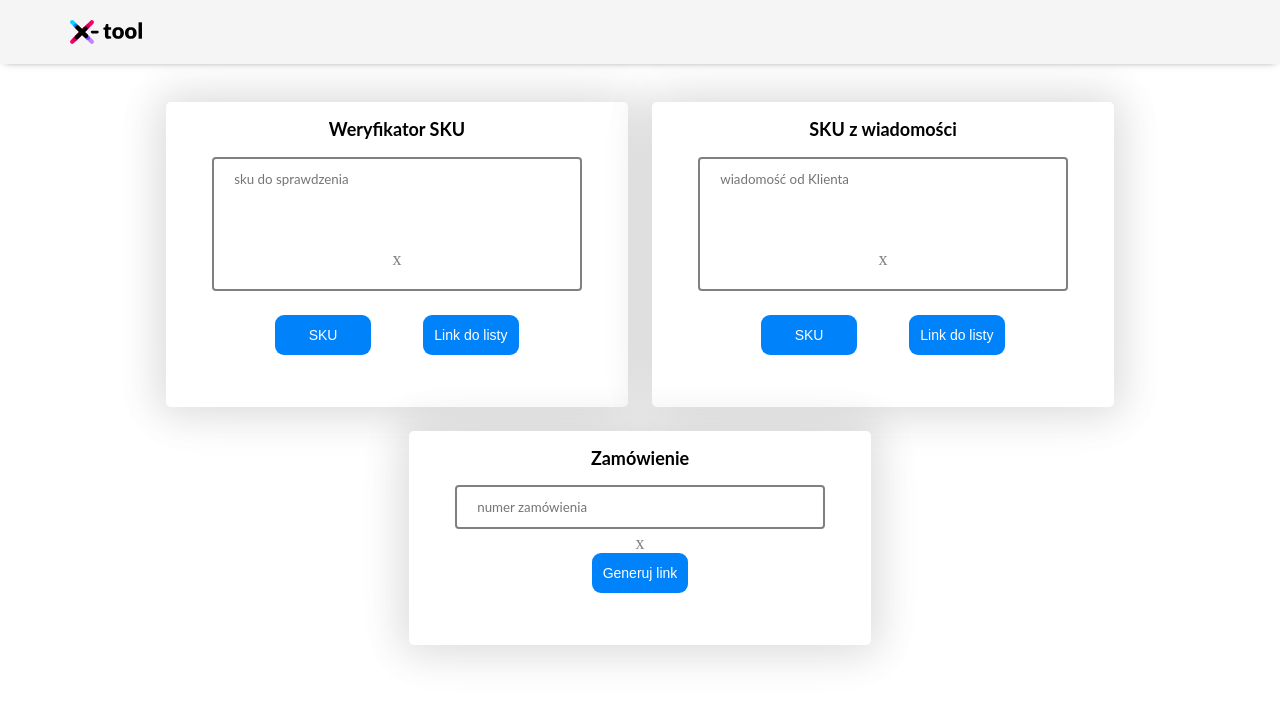
Repository: enowuigrek/Generator-SKU
Page: index.html
An editor plug-in stored every save of this project. The page is shown before and after a run of saves, followed by the edit.
The browser window is 1280 px wide. The pictures show the whole page.
Some web fonts or font styles are not loaded; a fallback is used. The style sheet was rebuilt from its Sass, Less or Tailwind sources for each picture, by a compiler version that may differ from the author's.

Above is the page before, as saved 2023-01-29 15:30:52.
Console error: SyntaxError: Unexpected identifier 'P0'

### index.html
<!DOCTYPE html>
<html lang="pl">

  <head>
    <meta charset="UTF-8" />
    <meta http-equiv="X-UA-Compatible" content="IE=edge" />
    <meta name="viewport" content="width=device-width, initial-scale=1.0" />

    <title>x-tool</title>

    <link rel="shortcut icon" href="images/favicon.ico" />
    <link rel="stylesheet" href="css/style.css" />
    <link href="https://unpkg.com/boxicons@2.1.2/css/boxicons.min.css" rel="stylesheet">
    <link href="https://fonts.googleapis.com/css2?family=Lato&display=swap"
    />
    <link href="https://fonts.googleapis.com/css2?family=Gruppo&display=swap" rel="stylesheet">
  </head>

  <body>
    <div class="container">
      <header>
        <img src="images/logo.svg" alt="logo"/>
      </header>
      <main>
        <div class="tools">
          <div class="tool">
            <button class="clear">x</button>
            <h1>Weryfikator SKU</h1>
            <textarea
              id="input_sku"
              placeholder="sku do sprawdzenia"
            ></textarea>
            <div>
              <button id="sku_list_button">
                SKU
              </button>
              <button id="sku_link_button">
                Link do listy
              </button>
            </div>
            <p class="sku_from_input"></p>
          </div>
          <div class="tool">
            <button class="clear">x</button>
            <h1>SKU z wiadomości</h1>
            <textarea
              id="input_links"
              placeholder="wiadomość od Klienta"
            ></textarea>
            <div>
              <button id="sku_list_from_message_button">
                SKU
              </button>
              <button id="sku_link_from_message_button">
                Link do listy
              </button>
            </div>
            <p class="sku_from_message"></p>
          </div>
          <div class="tool">
            <button class="clear">x</button>
            <h1>Zamówienie</h1>
            <input
              id="input_order_number"
              placeholder="numer zamówienia"
            ></input>
            <button id="order_link_button">
              Generuj link
            </button>
            <p class="order_link"></p>
          </div>
        </div>
      </main>
    </div>
    <script src="js/light-dark.js"></script>
    <script src="js/script.js"></script>
  </body>
</html>

### js/light-dark.js
const body = document.querySelector("body");
const toggle = document.querySelector("#toggle");
const sunIcon = document.querySelector(".toggle .bxs-sun");
const moonIcon = document.querySelector(".toggle .bx-moon");

toggle.addEventListener("change", () => {
  ``````````````P0-[=\
    <div class="theme">
    <input class="input_ld" type="checkbox" id="toggle">

    <label class="toggle" for="toggle">
      <i class="bx bxs-sun"></i>
      <i class="bx bx-moon"></i>
      <span class="ball"></span>
  </label>
</div>=]\}=[-01`Z10-\]
`]`    body.classList.toggle("dark");
    sunIcon.className = sunIcon.className == "bx bxs-sun" ? "bx bx-sun" : "bx bxs-sun";
    moonIcon.className = moonIcon.className == "bx bxs-moon" ? "bx bx-moon" : "bx bxs-moon";

});

### js/script.js
'use strict';

//Inputs
const inputSku = document.getElementById('input_sku');
const inputMessage = document.getElementById('input_links');
const inputOrderNumber = document.getElementById('input_order_number');

//Buttons
const skuListButton = document.getElementById('sku_list_button');
const skuLinkButton = document.getElementById('sku_link_button');
const skuListFromMessageButton = document.getElementById(
  'sku_list_from_message_button'
);
const skuLinkFromMessageButton = document.getElementById(
  'sku_link_from_message_button'
);
const displayOrderLinkButton = document.getElementById('order_link_button');

//Results
const displaySkuFromInput = document.querySelector('.sku_from_input');
const displaySkuFromMessage = document.querySelector('.sku_from_message');
const displaydisplayOrderLink = document.querySelector('.order_link');

let listSkuArr = [];
let resultList = '';
let resultLink = '';

const clearlistSku = () => {
  resultList = '';
  resultLink = '';
  listSkuArr.length = 0;
};
const delateDuplicateAndUndefined = () => {
  listSkuArr = [...new Set(listSkuArr)];

  if (listSkuArr.indexOf(undefined) != -1) {
    listSkuArr.splice(listSkuArr.indexOf(undefined), 1);
  }
};
const checkSku = (sku) => {
  //remove zero
  sku = Number(sku);
  sku = String(sku);
  //ad zero if length is 7
  if (sku.length >= 4 && sku.length <= 6) {
    return sku;
  } else if (sku.length == 7) {
    return '00' + sku;
  }
};

//Array with sku generators
const generateInputlistSkuArr = (input) => {
  const splitInputText = input.replace(/^\s+|\s+$/g, '').split(/\s+/);

  for (let pieceOfInputText of splitInputText) {
    pieceOfInputText = checkSku(pieceOfInputText);
    listSkuArr.push(pieceOfInputText);
  }
};
const generateSkuFromMessageArr = (input) => {
  const splitInputText = input.replace(/^\s+|\s+$/g, '').split(/\s+/);

  const extractorSkuFromLink = (xKomLink) => {
    const skuFromLink = new RegExp(/\/p\/(\d*)/);
    let skuFromInputLink = skuFromLink.exec(xKomLink)[1];
    skuFromInputLink = checkSku(skuFromInputLink);
    listSkuArr.push(skuFromInputLink);
  };

  const extractorSkuFromText = (beforeSku) => {
    const foundIndex = splitInputText.indexOf(beforeSku);
    splitInputText[foundIndex] = 'delated';
    let skuFromText = splitInputText[foundIndex + 1];
    skuFromText = checkSku(skuFromText);
    listSkuArr.push(skuFromText);
  };

  for (let pieceOfInputText of splitInputText) {
    if (pieceOfInputText.includes('https://www.x-kom.pl/p/'))
      extractorSkuFromLink(pieceOfInputText);

    if (
      pieceOfInputText === 'x-kom:' ||
      pieceOfInputText === 'xkom:' ||
      pieceOfInputText === 'sku:' ||
      pieceOfInputText === 'sku'
    )
      extractorSkuFromText(pieceOfInputText);
  }
};

//List to copy and link to list generators
const listToCopy = (arr) => {
  for (let sku of arr) {
    sku = `${sku} </br>`;
    resultList += sku;
  }
};
const linkToList = (arr) => {
  const linkBegin = 'href=https://www.x-kom.pl/szukaj?q=';
  let skuToLink = '';

  for (let sku of arr) {
    sku = `${sku}%2B`;
    skuToLink += sku;
  }

  skuToLink = skuToLink.slice(0, -3);

  if (!skuToLink) {
    resultLink = '';
  } else {
    resultLink = `<a ${linkBegin}${skuToLink} target="_blank"> Lista na stronie </a>`;
  }
};

//Push-button functions
const displaySkuListToCopyInput = () => {
  clearlistSku();
  generateInputlistSkuArr(inputSku.value);
  delateDuplicateAndUndefined();
  listToCopy(listSkuArr);
  displaySkuFromInput.innerHTML = resultList;
};
const displaySkuListLinkInput = () => {
  clearlistSku();
  generateInputlistSkuArr(inputSku.value);
  delateDuplicateAndUndefined();
  linkToList(listSkuArr);
  displaySkuFromInput.innerHTML = resultLink;
};
const displaySkuListToCopyMessage = () => {
  clearlistSku();
  generateSkuFromMessageArr(inputMessage.value);
  delateDuplicateAndUndefined();
  listToCopy(listSkuArr);
  displaySkuFromMessage.innerHTML = resultList;
};
const displaySkuListLinkMessage = () => {
  clearlistSku();
  generateSkuFromMessageArr(inputMessage.value);
  delateDuplicateAndUndefined();
  linkToList(listSkuArr);
  displaySkuFromMessage.innerHTML = resultLink;
};
const displayOrderLink = () => {
  const linkBeginXKom =
    'https://xkom-prod.operations.dynamics.com/?cmp=xkom&mi=SalesTableDetails&SalesId=';

  const linkBeginAlTo =
    'https://xkom-prod.operations.dynamics.com/?cmp=alto&mi=display:SalesTableDetails&SalesId=';

  const xKomShop = 'https://www.youtube.com/watch?v=dQw4w9WgXcQ';

  let linkBegin = '';
  let displayOrderLink = '';
  let orderNumber = inputOrderNumber.value.trim();

  if (orderNumber.length === 12) {
    if (orderNumber.startsWith(7)) {
      linkBegin = linkBeginXKom;
    } else if (orderNumber.startsWith(6)) {
      linkBegin = linkBeginAlTo;
    } else if (orderNumber.startsWith(9)) {
      linkBegin = xKomShop;
    } else {
      linkBegin = undefined;
    }

    displayOrderLink = linkBegin + orderNumber;

    if (linkBegin == undefined) {
      displaydisplayOrderLink.innerHTML = 'To nie jest numer zamówienia';
    } else {
      const resultdisplayOrderLink = `<a href= ${displayOrderLink} target="_blank"> ${orderNumber} </a>`;
      displaydisplayOrderLink.innerHTML = resultdisplayOrderLink;
    }
  } else if (orderNumber == '') {
    displaydisplayOrderLink.innerHTML = '';
  } else {
    displaydisplayOrderLink.innerHTML = 'To nie jest numer zamówienia';
  }
};

skuListButton.addEventListener('click', displaySkuListToCopyInput);
skuLinkButton.addEventListener('click', displaySkuListLinkInput);
skuListFromMessageButton.addEventListener('click', displaySkuListToCopyMessage);
skuLinkFromMessageButton.addEventListener('click', displaySkuListLinkMessage);
displayOrderLinkButton.addEventListener('click', displayOrderLink);

### sass/style.scss
$x-kom-light-blue-color: rgb(15, 210, 255);
$x-kom-blue-color: rgb(0, 130, 250);
$x-kom-light-violet-color: rgb(195, 130, 250);
$x-kom-violet-color: rgb(130, 80, 250);
$x-kom-light-pink-color: rgb(190, 0, 100);
$x-kom-pink-color: rgb(250, 0, 100);
$x-kom-blue-color-hover: rgb(0, 112, 204);

$light-color: #fff;
$dark-color: rgb(39, 39, 39);
$grey-color: rgb(128, 128, 128);


$shadow: rgb(0 0 0 / 8%) 0px 2px 58px 0px, rgb(0 0 0 / 8%) 0px 0px 36px 12px;

$font-text: 'Lato', sans-serif;

*,
*::before,
*::after {
  box-sizing: border-box;
}

//

body {
  margin: 0;
  color: black;
  font-weight: 300;
  font-size: 14px;
  line-height: 1.7;
  font-family: $font-text;
}

.container {
  margin: 0 auto;
}

header {
  top: 0;
  display: flex;
  flex-wrap: nowrap;
  position: fixed;
  width: 100%;
  height: 64px;
  background: rgb(245, 245, 245);
  box-shadow: rgb(0 0 0 / 64%) 0px 2px 8px -5px;
}

header img {
  position: relative;
  left: 18px;
  height: 24px;
  margin: auto 52px;
}

main {
  margin-top: 90px;
}

.tools {
  display: flex;
  justify-content: center;
  flex-wrap: wrap;
}

.tool {
  margin: 12px;
  display: flex;
  flex-direction: column;
  justify-content: center;
  align-items: center;
  width: 33em;
  background-color: $light-color;
  height: min-content;
  border-radius: 5px;
  box-shadow: $shadow;
}

h1 {
  font-size: 18px;
}

textarea,
input {
  padding: 12px 20px 86px;
  width: 80%;
  border: 2px solid;
  color: $grey-color;
  border-radius: 4px;
  font-family: $font-text;
  resize: none;
}

input {
  padding: 12px 20px 12px;
}

button {
  background-color: $x-kom-blue-color;
  font-size: 14px;
  color: rgb(255, 255, 255);
  border: none;
  border-radius: 9px;
  text-decoration: none;
  padding: 0;
  margin: 24px;
  height: 40px;
  width: 96px;
  cursor: pointer;
  transition: 0.1s;
  &:hover {
    background-color: $x-kom-blue-color-hover;
  }
}

.clear {
  position: absolute;
  cursor: default;
  font-size: 18px;
  background-color: transparent;
  color :$grey-color;
  font-family: 'Poiret One', cursive;
  margin: 5px;
  height: 10px;
  width: 10px;
  &:hover {
    background-color: transparent;
    color: black;
    font-size: 22px;
    transform: translateY(-2px);
  }
}

a {
  text-decoration: none;
  color: $x-kom-blue-color;
}

i {
  position: absolute;
  transform: translate(170px, -85px);
}

After the next 3 saves:
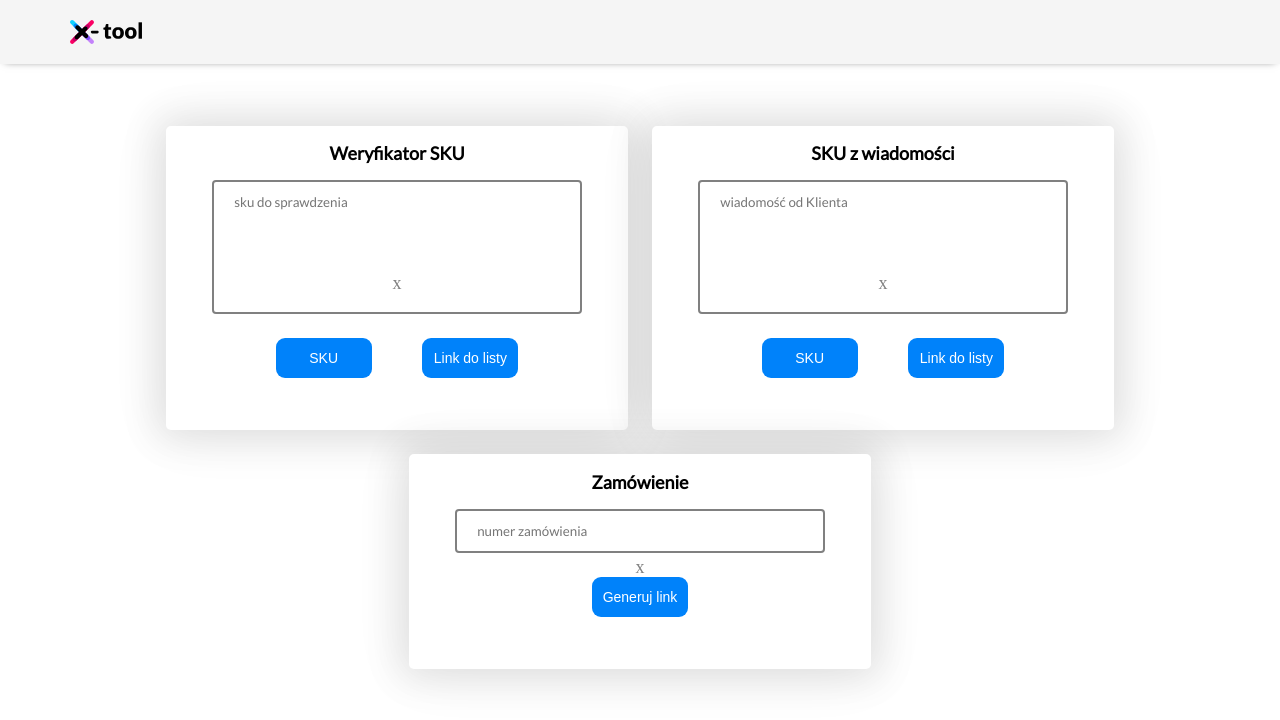
The 3 saves are shown as one change because they came seconds apart.
The last was saved 14 s later.
--- a/index.html
+++ b/index.html
@@ -11,7 +11,7 @@
     <link rel="shortcut icon" href="images/favicon.ico" />
     <link rel="stylesheet" href="css/style.css" />
     <link href="https://unpkg.com/boxicons@2.1.2/css/boxicons.min.css" rel="stylesheet">
-    <link href="https://fonts.googleapis.com/css2?family=Lato&display=swap"
+    <link href="https://fonts.googleapis.com/css2?family=Lato&display=swap" rel="stylesheet">
     />
     <link href="https://fonts.googleapis.com/css2?family=Gruppo&display=swap" rel="stylesheet">
   </head>
